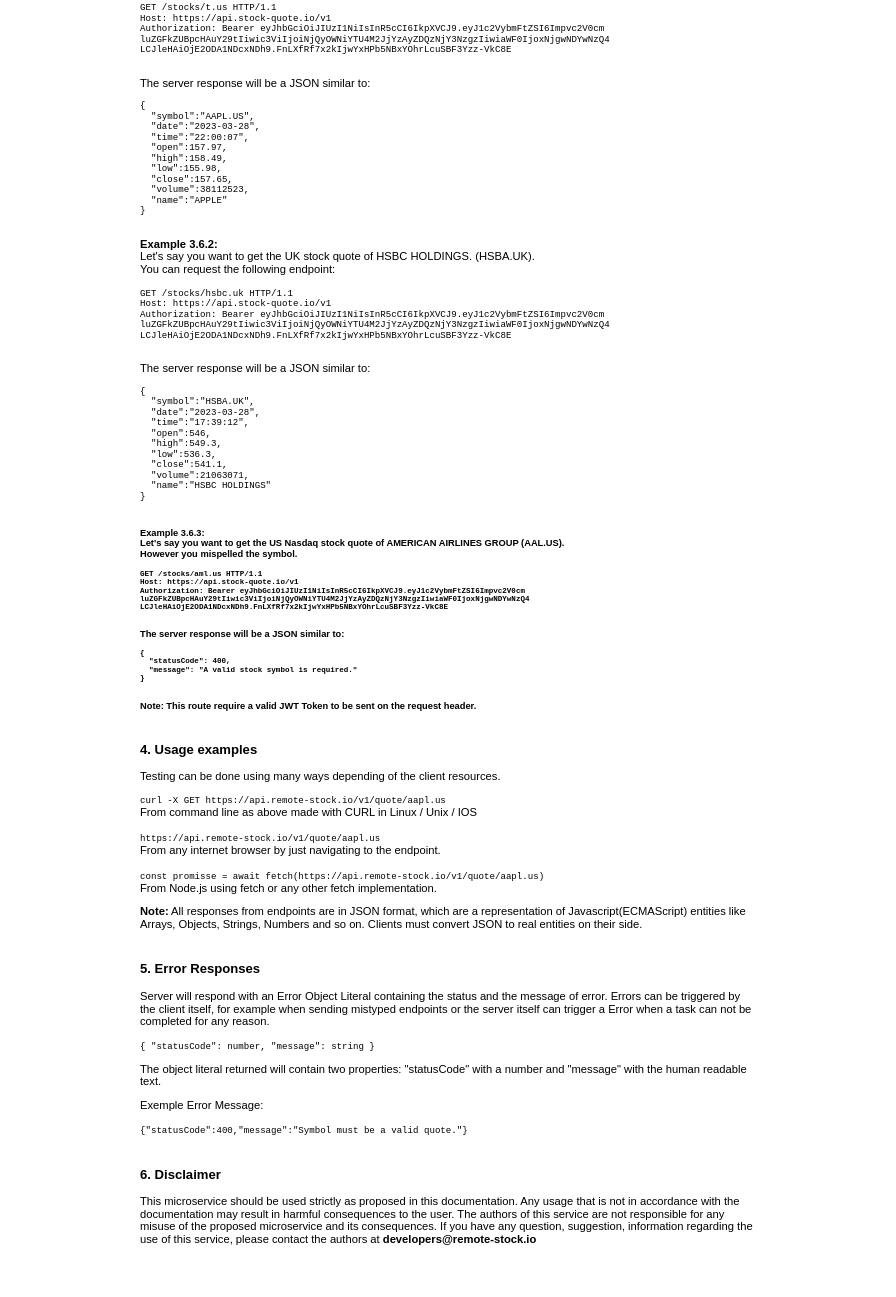
Repository: miguelamello/nest-js
Page: stock-service/documentation.html
These files come from the project's save history. The page is drawn as it stood at one moment and after the next save; the edit follows.
The browser window is 1280 px wide. The pictures show the part of the page from y = 3661 to 5581 px (the page is 5514 px tall before and 5581 px after), at 70% of full size.

Above is the page before, as saved 2023-04-03 09:50:49.

### stock-service/documentation.html
<!DOCTYPE html>
<html lang="en">
<head>
  <meta charset="UTF-8">
  <meta http-equiv="X-UA-Compatible" content="IE=edge">
  <meta name="viewport" content="width=device-width, initial-scale=1.0">
  <title>STOCK QUOTE MICROSERVICE</title>
  <style>
    body {
      font-family: Arial, Helvetica, sans-serif;
      padding: 3% 15%;
    }
    h3 {
      margin-top: 5%;
    }
    pre {
      margin: 0;
      overflow: auto;
    }
  </style>
</head>
<body>
  <h2>STOCK QUOTE MICROSERVICE DOCUMENTATION</h2>
  <p>
    This microservice aims to facilitate the acquisition of stock exchange quotes from various
    companies in US and UK. Please follow the documentation to get a complete understanding
    of how the service works.
  </p>

  <h3>1. Entrypoint</h3>
  <code>https://api.stock-quote.io/v1</code>
  <p>
    All routes starts from the entrypoint above. Accessing this entrypoint will
    retrieve the STOCK QUOTE MICROSERVICE DOCUMENTATION in a friendly presentation,
    as easy to read as this page can be.
  </p>

  <p>If you want for a more detailed documentation, you should navigate to the
    STOCK QUOTE MICROSERVICE SPECIFICATION where you will find more technical
    explanations about the service.
  </p>

  <pre>
GET /spec HTTP/1.1
Host: https://api.stock-quote.io/v1
  </pre>

  <h3>2. Authentication</h3>
  <p>A JSON Web Token (JWT) Authentication is required for some routes on the microservice.
    Below are listed the steps that must be followed to get a valid JWT Token. The token is
    a string similar to the following:
  </p>

  <pre>
eyJhbGciOiJIUzI1NiIsInR5cCI6IkpXVCJ9.eyJ1c2VybmFtZSI6Im1pZ3VlbGFuZ2Vsb21
lbGxvQGdtYWlsLmNvbSIsInN1YiI6IjY0Mjg2YmY0ZWE1OTAxNmQwNjg0MTJiYSIsImlhdCI6MTY4MDM3Mjc4OSwiZ
XhwIjoxNjgwNDU5MTg5fQ.6tP4CUwuBqWPXSu1aLEoy7kCQnCnvEBEXRHDIXUWLNo
  </pre>
  <p>

    <br><div><b>2.1 Signup to the service</b></div><br>

    <pre>
POST /auth/signup HTTP/1.1
Host: https://api.stock-quote.io/v1
Content-Type: application/x-www-form-urlencoded
Content-Length: 35

email=yourname@example.com
    </pre>

    <div>You must send a POST request to <code>/auth/signup</code> with POST BODY containing a valid email.
      You will receive a email with a link to confirm your email address. After the email confirmation,
      another email with your Username and Password will be sent to you. You should use this login
      information to get your JWT Token. Keep following.</div>
    </div>
  </p>

  <p>
    <br><div><b>2.2 Signin to the service</b></div><br>

    <pre>
POST /auth/signin HTTP/1.1
Host: https://api.stock-quote.io/v1
Content-Type: application/x-www-form-urlencoded
Content-Length: 77

email=yourname@example.com&
password=e49015be5ba9752ab634b5649045bc56
    </pre>

    <div>You must send a POST request to <code>/auth/signin</code> with POST BODY containing the
      confirmed email and the password you received by email. If login is valid you will
      receive a response with the JWT Token that you must use to access all the available
      routes on the microservice. The Route response will be a JWT Token similar to bellow.
    </div><br>

    <pre>
{
  "access_token": "eyJhbGciOiJIUzI1NiIsInR5cCI6IkpXVCJ9.eyJ1c2VybmFtZSI6Im1pZ3VlbGFuZ2Vsb21
  lbGxvQGdtYWlsLmNvbSIsInN1YiI6IjY0Mjg2YmY0ZWE1OTAxNmQwNjg0MTJiYSIsImlhdCI6MTY4MDM3Mjc4OSwiZ
  XhwIjoxNjgwNDU5MTg5fQ.6tP4CUwuBqWPXSu1aLEoy7kCQnCnvEBEXRHDIXUWLNo"
}
    </pre>

    <div>Note: You must annotate this token somewhere, since a JWT Token can not be generated
      again with the same hash. If you lose your token, you will have to repeat the steps above
      on item 2.2 to get a new token.
    </div><br>

  </p>

  <p>
    <div><b>2.3 Use the JWT Token to access the routes</b></div><br>

    <pre>
GET /stocks/aapl.us HTTP/1.1
Host: https://api.stock-quote.io/v1
Authorization: Bearer eyJhbGciOiJIUzI1NiIsInR5cCI6IkpXVCJ9.eyJ1c2VybmFtZSI6Im1pZ3VlbGFuZ2Vsb21
lbGxvQGdtYWlsLmNvbSIsInN1YiI6IjY0Mjg2YmY0ZWE1OTAxNmQwNjg0MTJiYSIsImlhdCI6MTY4MDM3Mjc4OSwiZXhwI
joxNjgwNDU5MTg5fQ.6tP4CUwuBqWPXSu1aLEoy7kCQnCnvEBEXRHDIXUWLNo
    </pre>

    <div>Here as an example, a request to the route <code>/stocks/aapl.us</code> is being made.
      You have to pay attention where you send the JWT Token in the request. The right place to
      send is in the HEADER of the request, using the field <code>Authorization:</code> and on the
      value side you write the JWT Token prefixing with <code>Bearer </code> keyword. This is a internet
      Standard for sending JWT Tokens.
    </div><br>

    <div>
      If everything is okay with your token, you can use it for up to 24 hours. After that, you will
      need to get a new token by following the steps above on item 2.2. Its a good idea to annotate
      the token and the password you received by email, so you can use it again in the future. However
      keep following to see how to reset your password.
    </div>
  </p>

  <h3>3. Routes</h3>

  <p>This microservice offers 8 routes, as listed below:</p>

  <pre>
GET /                     //-> Accessing the API documentation
GET /specs                //-> Accessing the API specification
POST /auth/signup         //-> Creating a new user
POST /auth/signin         //-> Getting a JWT Token
POST /auth/reset-password //-> Resetting your password
GET /stocks/{symbol}      //-> Getting a stock quotation
GET /stocks/history       //-> Getting a stock history
GET /stocks/stats         //-> Getting a stock statistics
  </pre>

  <h4>3.1 Accessing the API documentation.</h4>

  <p>
    <div>Let's say you want to access the documentation of this microservice.</div>
    <div>You can request the following route:</div><br>
    <pre>
GET / HTTP/1.1
Host: https://api.stock-quote.io/v1
    </pre>

    <p>The server response will be this page. Pretty straight.</p>
  </p>

  <br><h4>3.2 Accessing the API specification.</h4>

  <p>
    <div>Let's say you want to access the specification of this microservice.</div>
    <div>You can request the following route:</div><br>
    <pre>
GET /specs HTTP/1.1
Host: https://api.stock-quote.io/v1
    </pre>

    <p>The server response will be the page containing the API specification in detail.</p>
  </p>

  <br><h4>3.3 Creating a new user.</h4>

  <p>
    <div>Let's say you want to create a new user.</div>
    <div>You can request the following route:</div><br>

    <pre>
POST /auth/signup HTTP/1.1
Host: https://api.stock-quote.io/v1
Content-Type: application/x-www-form-urlencoded
Content-Length: 77

email=yourname@example.com
    </pre>

    <p>The server response will be a JSON similar to:</p>

    <pre>
{
  "email": "josetrindade@ipp.com",
  "role": "user",
  "message": "User created successfully. Check your email for the password."
}
    </pre>

    <div>
      Note: The password will be sent to the email you provided. If you don't receive the email,
      check your spam folder. If you still don't receive the email, please contact us at
      <code>developers@stock-quote.io</code>
    </div>

    <br><h4>3.4 Getting a JWT Token.</h4>

  <p>
    <div>Let's say you want to grab the JWT Token.</div>
    <div>You can request the following route:</div><br>

    <pre>
POST /auth/signin HTTP/1.1
Host: https://api.stock-quote.io/v1
Content-Type: application/x-www-form-urlencoded
Content-Length: 102

email=yourname@example.com&
password=e49015be5ba9752ab634b5649045bc56
    </pre>

    <p>The server response will be a JSON similar to:</p>

    <pre>
{
  "access_token": "eyJhbGciOiJIUzI1NiIsInR5cCI6IkpXVCJ9.eyJ1c2VybmFtZSI6Im1pZ3VlbGFuZ2Vsb21
  lbGxvQGdtYWlsLmNvbSIsInN1YiI6IjY0Mjg2YmY0ZWE1OTAxNmQwNjg0MTJiYSIsImlhdCI6MTY4MDM3Mjc4OSwiZ
  XhwIjoxNjgwNDU5MTg5fQ.6tP4CUwuBqWPXSu1aLEoy7kCQnCnvEBEXRHDIXUWLNo"
}
    </pre>

    <div>
      Note: The access_token is the JWT Token you will use to access the other routes.
      Please refer to item 2.3 to see how to use it.
    </div>

    <br><h4>3.5 Resetting your password.</h4>

  <p>
    <div>Suppose your forgot or lost your password.</div>
    <div>So you have to reset it, right?. </div>
    <div>You can request the following route:</div><br>

    <pre>
POST /auth/reset-password HTTP/1.1
Host: https://api.stock-quote.io/v1
Content-Type: application/x-www-form-urlencoded
Content-Length: 85

email=yourname@example.com
    </pre>

    <p>The server response will be a JSON similar to:</p>

    <pre>
{
  "email": "josetrindade@ipp.com",
  "role": "user",
  "message": "Password reseted successfully. Check your email for the password."
}
    </pre>

    <div>
      Note: The password will be sent to the email you provided since it exists as current user.
      If you don't receive the email, check your spam folder. If you still don't receive the email,
      please contact us at <code>developers@stock-quote.io</code>
    </div>

    <br><h4>3.6 Getting a stock quotation.</h4>

  <p>
    <div><b>Example 3.6.1:</b></div>
    <div>Let's say you want to get the US stock quote of Apple Inc. (AAPL).</div>
    <div>You can request the following route:</div><br>
    <pre>
GET /stocks/t.us HTTP/1.1
Host: https://api.stock-quote.io/v1
Authorization: Bearer eyJhbGciOiJIUzI1NiIsInR5cCI6IkpXVCJ9.eyJ1c2VybmFtZSI6Impvc2V0cm
luZGFkZUBpcHAuY29tIiwic3ViIjoiNjQyOWNiYTU4M2JjYzAyZDQzNjY3NzgzIiwiaWF0IjoxNjgwNDYwNzQ4
LCJleHAiOjE2ODA1NDcxNDh9.FnLXfRf7x2kIjwYxHPb5NBxYOhrLcuSBF3Yzz-VkC8E
    </pre>

    <p>The server response will be a JSON similar to:</p>

    <pre>
{
  "symbol":"AAPL.US",
  "date":"2023-03-28",
  "time":"22:00:07",
  "open":157.97,
  "high":158.49,
  "low":155.98,
  "close":157.65,
  "volume":38112523,
  "name":"APPLE"
}
    </pre>
  </p>
  <p>
    <div><b>Example 3.6.2:</b></div>
    <div>Let's say you want to get the UK stock quote of HSBC HOLDINGS. (HSBA.UK).</div>
    <div>You can request the following endpoint:</div><br>
    <pre>
GET /stocks/hsbc.uk HTTP/1.1
Host: https://api.stock-quote.io/v1
Authorization: Bearer eyJhbGciOiJIUzI1NiIsInR5cCI6IkpXVCJ9.eyJ1c2VybmFtZSI6Impvc2V0cm
luZGFkZUBpcHAuY29tIiwic3ViIjoiNjQyOWNiYTU4M2JjYzAyZDQzNjY3NzgzIiwiaWF0IjoxNjgwNDYwNzQ4
LCJleHAiOjE2ODA1NDcxNDh9.FnLXfRf7x2kIjwYxHPb5NBxYOhrLcuSBF3Yzz-VkC8E
    </pre>

    <p>The server response will be a JSON similar to:</p>

    <pre>
{
  "symbol":"HSBA.UK",
  "date":"2023-03-28",
  "time":"17:39:12",
  "open":546,
  "high":549.3,
  "low":536.3,
  "close":541.1,
  "volume":21063071,
  "name":"HSBC HOLDINGS"
}
    </pre>
  </p>

  <p>
    <h5><b>Example 3.6.3:</b></div>
    <div>Let's say you want to get the US Nasdaq stock quote of AMERICAN AIRLINES GROUP (AAL.US).</div>
    <div>However you mispelled the symbol.</div><br>
    <pre>
GET /stocks/aml.us HTTP/1.1
Host: https://api.stock-quote.io/v1
Authorization: Bearer eyJhbGciOiJIUzI1NiIsInR5cCI6IkpXVCJ9.eyJ1c2VybmFtZSI6Impvc2V0cm
luZGFkZUBpcHAuY29tIiwic3ViIjoiNjQyOWNiYTU4M2JjYzAyZDQzNjY3NzgzIiwiaWF0IjoxNjgwNDYwNzQ4
LCJleHAiOjE2ODA1NDcxNDh9.FnLXfRf7x2kIjwYxHPb5NBxYOhrLcuSBF3Yzz-VkC8E
    </pre>

    <p>The server response will be a JSON similar to:</p>

    <pre>
{
  "statusCode": 400,
  "message": "A valid stock symbol is required."
}
    </pre>

    <p>
      <b>Note:</b> This route require a valid JWT Token to be sent on the request header.
    </p>
  </p>

  <h3>4. Usage examples</h3>

  <p>Testing can be done using many ways depending of the client resources.</p>

  <code>curl -X GET https://api.remote-stock.io/v1/quote/aapl.us</code>
  <div>From command line as above made with CURL in Linux / Unix / IOS</div>
  <br>
  <code>https://api.remote-stock.io/v1/quote/aapl.us</code>
  <div>From any internet browser by just navigating to the endpoint.</div>
  <br>
  <code>const promisse = await fetch(https://api.remote-stock.io/v1/quote/aapl.us)</code>
  <div>From Node.js using fetch or any other fetch implementation.</div>

  <p>
    <b>Note:</b> All responses from endpoints are in JSON format, which are a
    representation of Javascript(ECMAScript) entities like Arrays, Objects,
    Strings, Numbers and so on. Clients must convert JSON to real entities
    on their side.
  </p>

  <h3>5. Error Responses</h3>

  <p>
    Server will respond with an Error Object Literal containing
    the status and the message of error. Errors can be triggered
    by the client itself, for example when sending mistyped endpoints
    or the server itself can trigger a Error when a
    task can not be completed for any reason.
  </p>

  <p>
    <code>{ "statusCode": number, "message": string }</code><br>
    <div>
      The object literal returned will contain two properties:
      "statusCode" with a number and "message" with the human readable text.
    </div>
  </p>

  <p>Exemple Error Message:</p>
  <p>
    <code>
      {"statusCode":400,"message":"Symbol must be a valid quote."}
    </code>
  </p>

  <h3>6. Disclaimer</h3>
  <p>
    This microservice should be used strictly as proposed in this documentation.
    Any usage that is not in accordance with the documentation may result in harmful
    consequences to the user. The authors of this service are not responsible for
    any misuse of the proposed microservice and its consequences. If you have any question,
    suggestion, information regarding the use of this service, please contact
    the authors at <b>developers@remote-stock.io</b>
  </p>

</body>
</html>

After the next save:
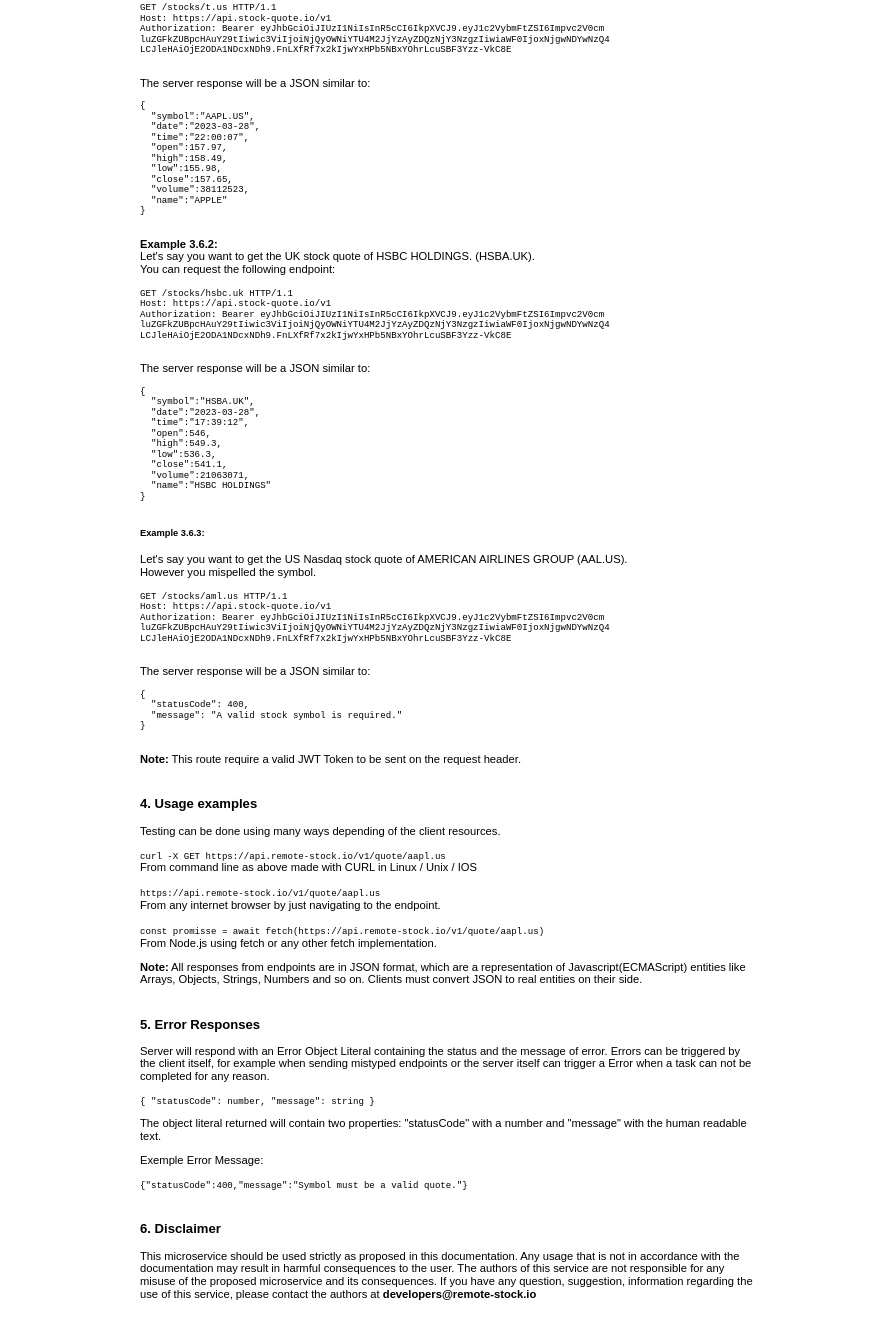
Saved 4 s later.
--- a/stock-service/documentation.html
+++ b/stock-service/documentation.html
@@ -331,7 +331,7 @@ LCJleHAiOjE2ODA1NDcxNDh9.FnLXfRf7x2kIjwYxHPb5NBxYOhrLcuSBF3Yzz-VkC8E
   </p>
 
   <p>
-    <h5><b>Example 3.6.3:</b></div>
+    <h5><b>Example 3.6.3:</b></h5>
     <div>Let's say you want to get the US Nasdaq stock quote of AMERICAN AIRLINES GROUP (AAL.US).</div>
     <div>However you mispelled the symbol.</div><br>
     <pre>
